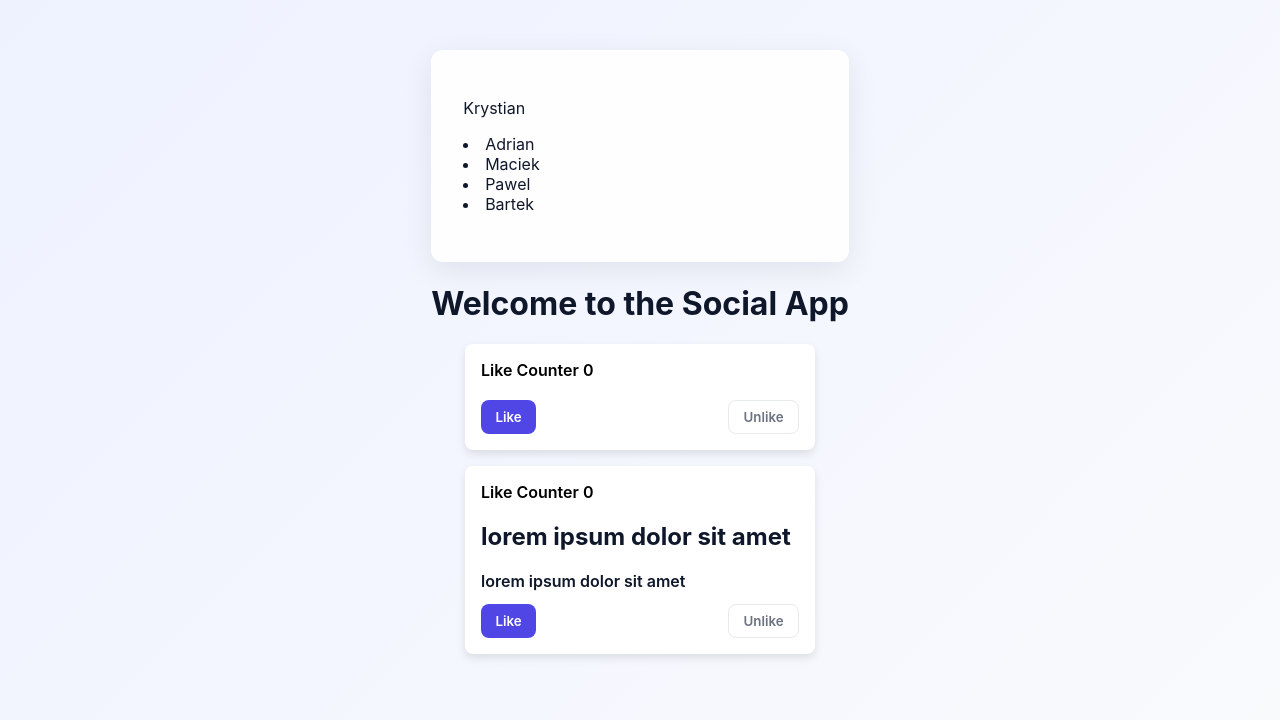
Repository: KrystianTrzy/reactapt
Page: /
An editor plug-in stored every save of this project. The page is shown before and after a run of saves, followed by the edit.
The browser window is 1280 px wide. The pictures show the whole page.
The project was rebuilt for these pictures with package versions that can differ from the ones it lists, and the page was loaded fresh each time.

Above is the page before, as saved 2025-11-22 09:32:18.

### src/index.js
import React from 'react';
import ReactDOM from 'react-dom/client';
import './index.css';
import App from './components/App/App';
import LikeCounter from './components/App/LikeCounter/LikeCounter';

const root = ReactDOM.createRoot(document.getElementById('root'));
root.render(
  <React.StrictMode>
    <div>
      <App />
      <h1>Welcome to the Social App</h1>
      <LikeCounter />
      <LikeCounter
        title="lorem ipsum dolor sit amet"
        description="lorem ipsum dolor sit amet"
      />
    </div>
  </React.StrictMode>
);

// If you want to start measuring performance in your app, pass a function
// to log results (for example: reportWebVitals(console.log))
// or send to an analytics endpoint. Learn more: https://bit.ly/CRA-vitals

### src/index.css
:root {
	--bg: #f6f8ff;
	--card: #ffffff;
	--accent: #4f46e5;
	--muted: #6b7280;
	--radius: 12px;
}

* {
	box-sizing: border-box;
}

html, body, #root {
	height: 100%;
}

body {
	margin: 0;
	font-family: Inter, system-ui, -apple-system, 'Segoe UI', Roboto, 'Helvetica Neue', Arial;
	background: linear-gradient(135deg, #eef2ff 0%, #f8fafc 100%);
	color: #0f172a;
	-webkit-font-smoothing: antialiased;
	-moz-osx-font-smoothing: grayscale;
}

#root {
	display: flex;
	align-items: center;
	justify-content: center;
	padding: 2rem;
}

.App {
	width: 100%;
	max-width: 920px;
	background: rgba(255,255,255,0.9);
	border-radius: var(--radius);
	box-shadow: 0 8px 30px rgba(2,6,23,0.08);
	padding: 2rem;
}

ul {
	padding-left: 1.1rem;
}

button {
	font-family: inherit;
}

### src/components/App/App.js
import LikeCounter from './LikeCounter/LikeCounter';

function App() {
  const name = "Krystian";
  const names =['Adrian', 'Maciek', 'Pawel', 'Bartek'];
  return (
    <>
      <div className="App">
          <p>
            {name.length > 4 ? name : 'Hello firends'}
          </p>
          <p> {names.map((name) => <li key={name}>{name}</li>) }</p>
      </div>
    </>
  );
}

export default App;

### src/components/App/LikeCounter/LikeCounter.js
import React, { useState } from 'react'
import './LikeCounter.css'

function LikeCounter({ title, description }) {
    const [likes, setLikes] = useState(0);
    const handleLike = () => {
        setLikes(likes + 1);
    };

    const handleUnlike = () => {
        if (likes > 0) {
            setLikes(likes - 1);
        }
    };

    return (
        <div className="post">
            <p style={{ color: likes > 0 ? 'blue' : 'black' }}>Like Counter {likes}</p>
            <h2>{title}</h2>
            <p>{description}</p>
            <div className="actions">
                <button onClick={handleLike}>Like</button>
                <button onClick={handleUnlike}>Unlike</button>
            </div>
        </div>
    )
}

export default LikeCounter;

### src/components/App/LikeCounter/LikeCounter.css
.post {
    box-shadow: 0 4px 8px rgba(0, 0, 0, 0.1);
    padding: 1rem;
    width: 350px;
    border-radius: 0.5rem;
}

.actions {
    display: flex;
    flex-direction: row;
    justify-content: space-between;
}

.post {
    background: var(--card);
    margin: 1rem auto;
    color: #0f172a;
}

.post p {
    margin: 0 0 0.8rem 0;
    font-weight: 600;
}

.actions button {
    padding: 0.5rem 0.9rem;
    border-radius: 8px;
    border: none;
    cursor: pointer;
    font-weight: 600;
}

.actions button:first-child {
    background: var(--accent);
    color: white;
}

.actions button:last-child {
    background: transparent;
    color: var(--muted);
    border: 1px solid #e6e9ef;
}

.actions button:hover {
    transform: translateY(-1px);
}

Loaded but not shown: public/index.html (common file)

After the next 6 saves:
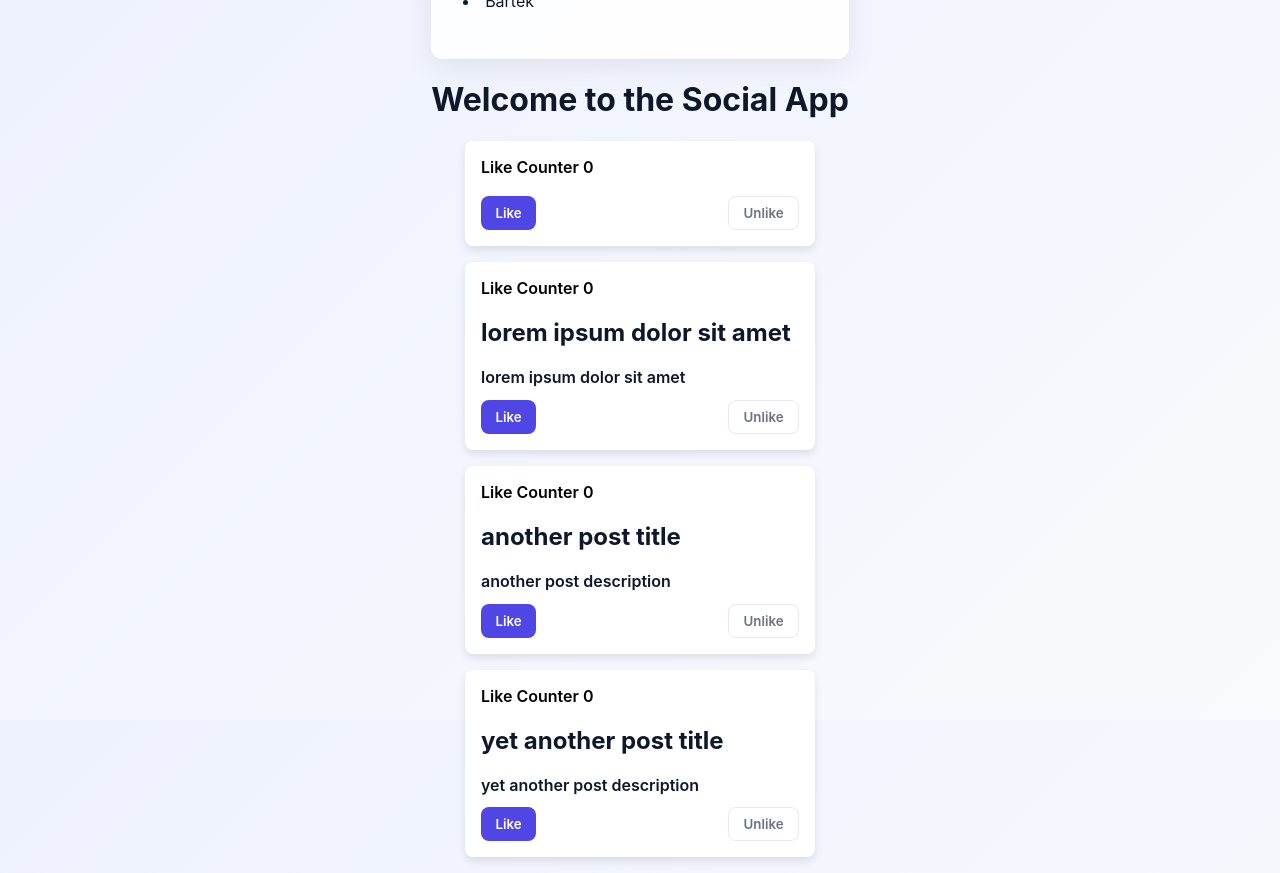
The 6 saves are shown as one change because they came seconds apart.
The last was saved 21 s later.
--- a/src/index.js
+++ b/src/index.js
@@ -15,6 +15,16 @@ root.render(
         title="lorem ipsum dolor sit amet"
         description="lorem ipsum dolor sit amet"
       />
+
+      <LikeCounter
+        title="another post title"
+        description="another post description"
+      />
+
+      <LikeCounter
+        title="yet another post title"
+        description="yet another post description"
+      />
     </div>
   </React.StrictMode>
 );
